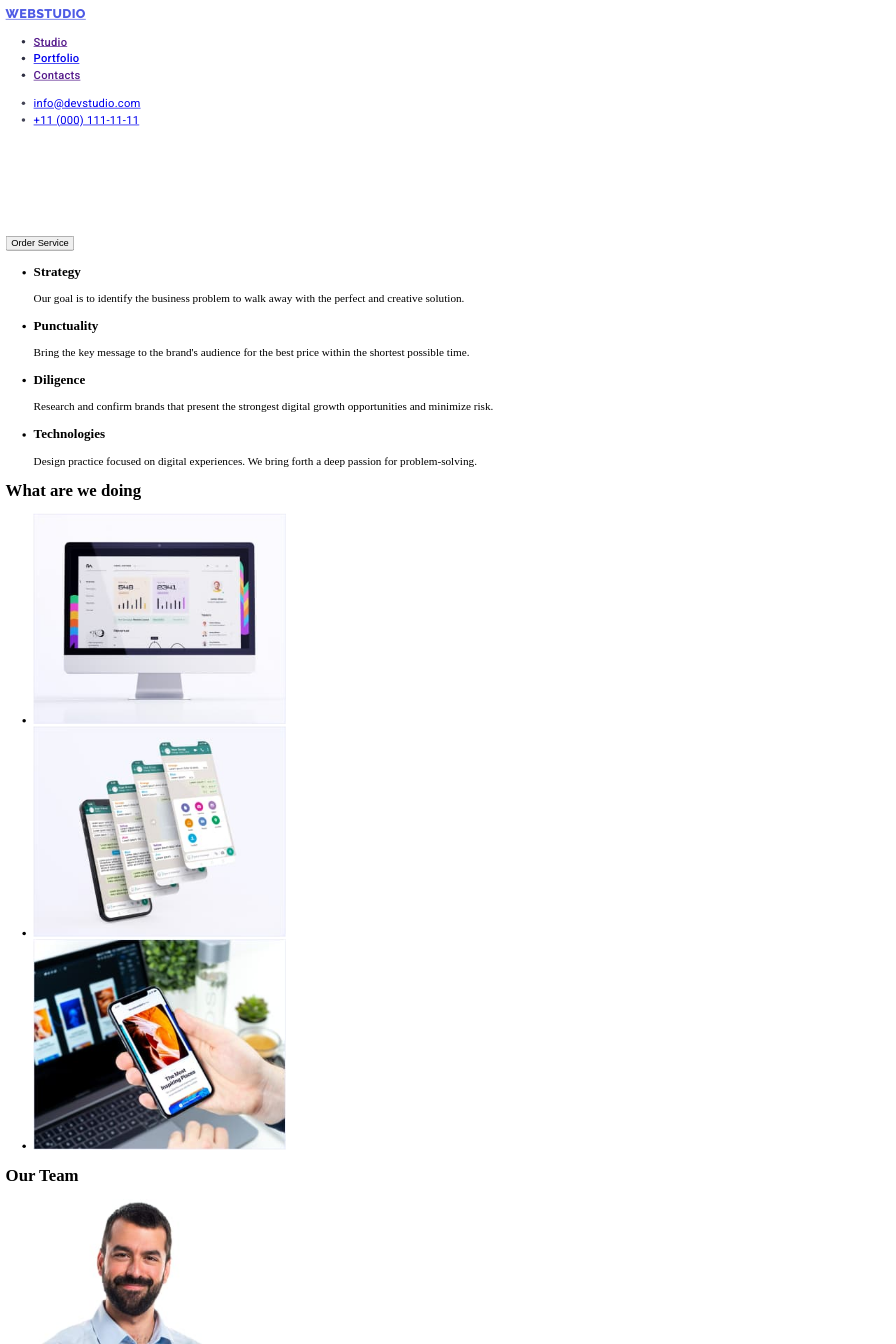
Repository: GrishchenkoNataliya/goit-markup-hw-02
Page: index.html
The author's editor kept a copy of each file at every save. The page is drawn from the files as they stood at one save, then again after the next save.
The browser window is 1280 px wide. The pictures show the part of the page from y = 0 to 1920 px (the page is 3211 px tall), at 70% of full size.

Above is the page before, as saved 2023-03-04 00:19:34.

After the next save:
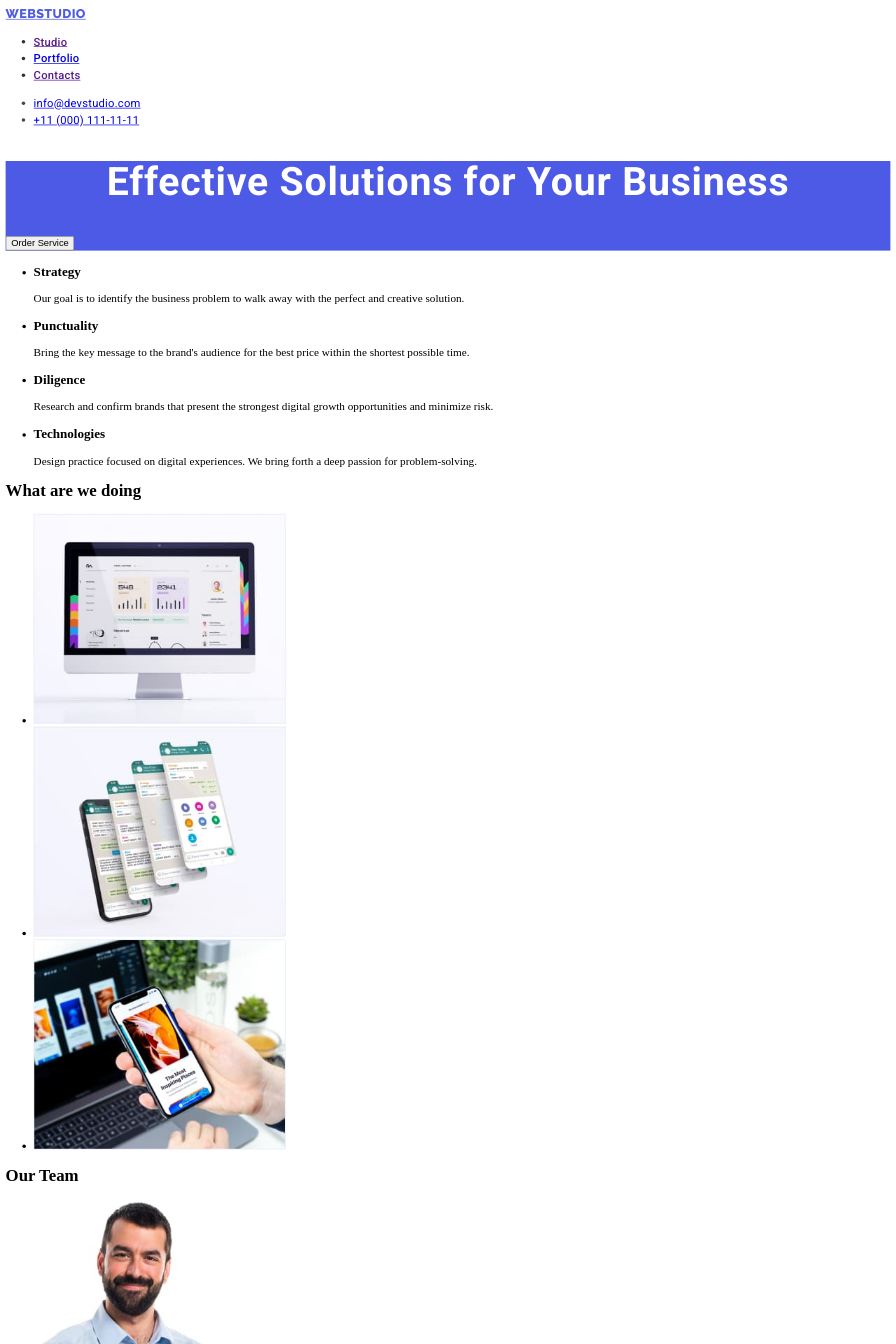
Saved 75 s later.
--- a/css/styles.css
+++ b/css/styles.css
@@ -53,6 +53,9 @@ body {
 }
 .address-tel {
 }
+.hero {
+  background-color: #4d5ae5;
+}
 .hero-title {
   font-family: "Roboto";
   font-style: normal;
